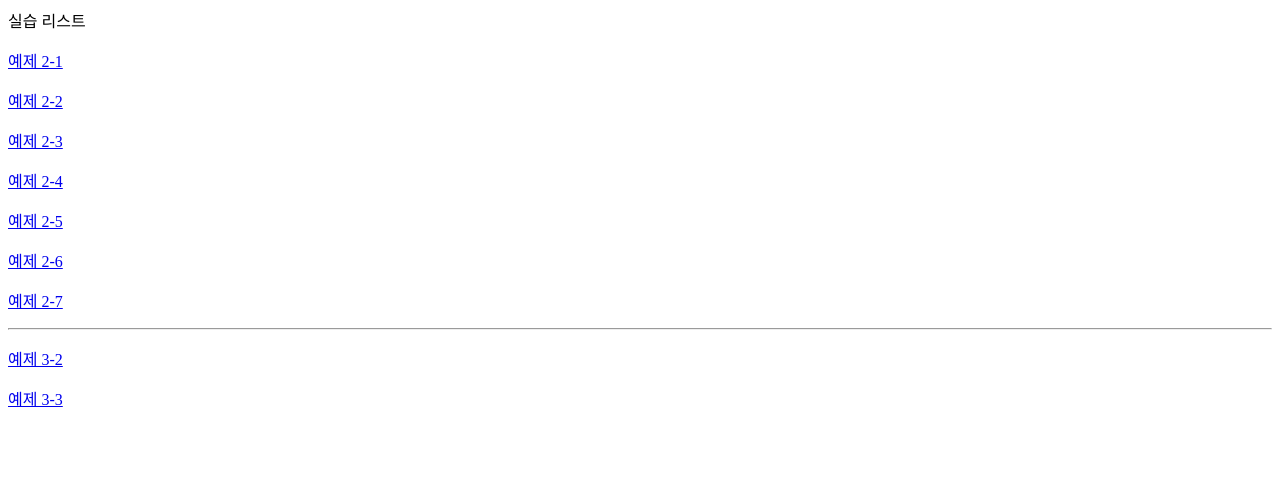
Repository: ezooo/JSP-test
Page: http://localhost/jspbook/
The author's editor kept a copy of each file at every save. The page is drawn from the files as they stood at one save, then again after the next save.
The browser window is 1280 px wide. The pictures show the whole page.
The page is served by Tomcat 10. Other server files are loaded and not shown.

Above is the page before, as saved 2024-10-08 04:04:29.

### jspbook/src/main/webapp/index.jsp
<%@ page language="java" contentType="text/html; charset=UTF-8"
    pageEncoding="UTF-8"%>
<!DOCTYPE html>
<html>
<head>
<meta charset="UTF-8">
<title>Insert title here</title>
</head>
<body>
	실습 리스트
	<p><a href="2_1">예제 2-1</a></p>
	<p><a href="2_2">예제 2-2</a></p>
	<p><a href="2_3">예제 2-3</a></p>
	<p><a href="2_4">예제 2-4</a></p>
	<p><a href="2_5">예제 2-5</a></p>
	<p><a href="2_6">예제 2-6</a></p>
	<p><a href="2_7">예제 2-7</a></p>
	<hr>
	<p><a href="3_2">예제 3-2</a></p>
	<p><a href="3_3">예제 3-3</a></p>

</body>
</html>

After the next save:
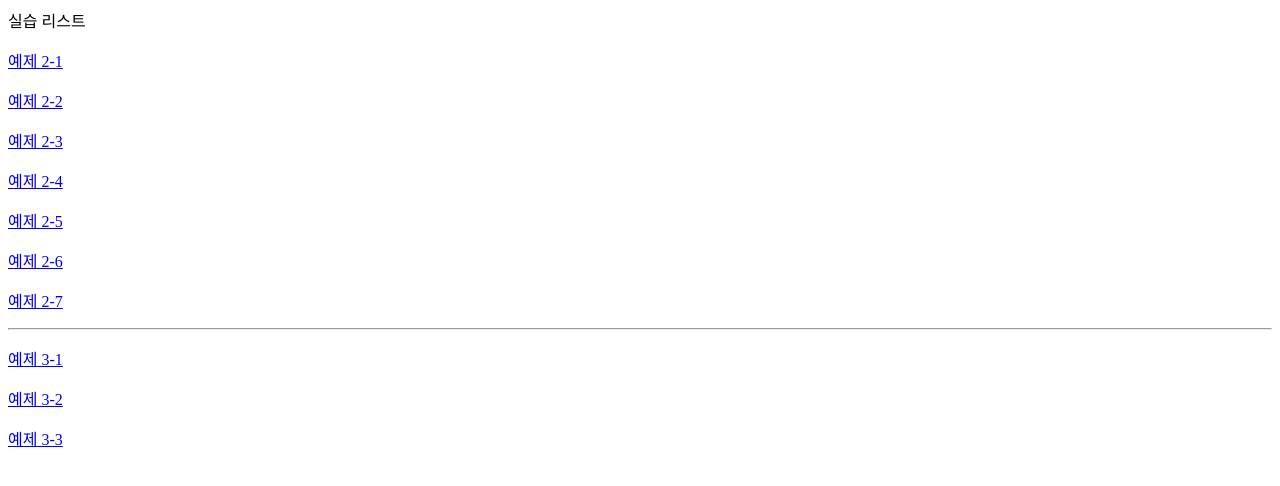
Saved 71 min 5 s later.
--- a/jspbook/src/main/webapp/index.jsp
+++ b/jspbook/src/main/webapp/index.jsp
@@ -16,6 +16,7 @@
 	<p><a href="2_6">예제 2-6</a></p>
 	<p><a href="2_7">예제 2-7</a></p>
 	<hr>
+	<p><a href="3_1">예제 3-1</a></p>
 	<p><a href="3_2">예제 3-2</a></p>
 	<p><a href="3_3">예제 3-3</a></p>
 
